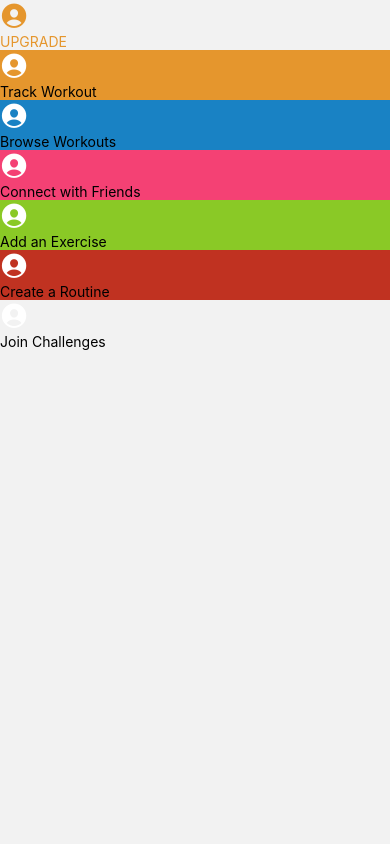
Repository: katjalmarko/React-Native-Fitness-App-with-Subscription
Screen: /
An editor plug-in stored every save of this project. The screen is shown before and after the next save, followed by the edit.
Pictures or frames that could not be fetched are drawn as grey boxes. The app was drawn by React Native's web renderer in a window 390 px wide. The project was rebuilt for these pictures with package versions that can differ from the ones it lists, and the page was loaded fresh each time.

Above is the screen before, as saved 2023-05-08 18:01:32.

### App.tsx
import { StatusBar } from 'expo-status-bar';
import { SafeAreaView, Text } from 'react-native';
import { NavigationContainer } from '@react-navigation/native';
import { createNativeStackNavigator } from '@react-navigation/native-stack';
import HomeScreen from './screens/HomeScreen';

const Stack = createNativeStackNavigator();

export default function App() {
  return (
    <NavigationContainer>
      <Stack.Navigator>
        <Stack.Screen
        options={{
          headerShown: false
        }}
        name="Home" component={HomeScreen} />
      </Stack.Navigator>
    </NavigationContainer>
  );
}

### screens/HomeScreen.tsx
import { Text, SafeAreaView, Image, TouchableOpacity, ScrollView } from 'react-native'
import { Ionicons } from '@expo/vector-icons';
import ActionRow from '../components/ActionRow';

const HomeScreen = () => {
  return (
    <SafeAreaView className='flex-1 bg-gray-100 relative'>
      {/* Scroll Zatiaľ nefunguje pre Android */}
      <ScrollView>
        {/* PRO/UPGRADE Button */}
        <TouchableOpacity className='absolute z-50 top-5 right-10 items-center'>
          <Ionicons name="person-circle" size={30} color="#E5962D" />
          <Text className='text-center' style={{color:"#E5962D"}}>UPGRADE</Text>
        </TouchableOpacity>

        <Image
          source={{ uri: "https://i.imgur.com/e14NE49.png" }}
          className='w-full h-64'
        />

        {/* ActionRow */}
        <ActionRow
          title="Track Workout"
          screen="Demo"
          color="#E5962D"
          icon="fitness"
          vertical
        />
        <ActionRow
          title="Browse Workouts"
          screen="Demo"
          color="#1982C4"
          icon="library"
          vertical
        />
        <ActionRow
          title="Connect with Friends"
          screen="Demo"
          color="#F44174"
          icon="share-social"
          vertical
        />
        <ActionRow
          title="Add an Exercise"
          screen="Demo"
          color="#8AC926"
          icon="add-circle"
          vertical
        />
        <ActionRow
          title="Create a Routine"
          screen="Demo"
          color="#C03221"
          icon="md-time"
          vertical
        />
        <ActionRow
          title="Join Challenges"
          screen="Demo"
          color="#23967"
          icon="library"
          vertical
        />

        {/* ActionRow */}
        {/* ActionRow */}
        {/* ActionRow */}
        {/* ActionRow */}

      </ScrollView>
    </SafeAreaView>
  )
}

export default HomeScreen

### components/ActionRow.tsx
import { TouchableOpacity, Text } from 'react-native'
import { Ionicons } from '@expo/vector-icons';

type Props = {
  title: string;
  screen: any;
  color: string;
  requiresPro?: boolean;
  icon?: any;
  vertical?: boolean;
};

const ActionRow = ({ title, screen, color, requiresPro, icon, vertical }: Props) => {
  return (
    <TouchableOpacity className='' style={{ backgroundColor: color }}>
      <Ionicons name="person-circle" size={30} color="white" />
      <Text>{title}</Text>
    </TouchableOpacity>
  )
}

export default ActionRow

After the next save:
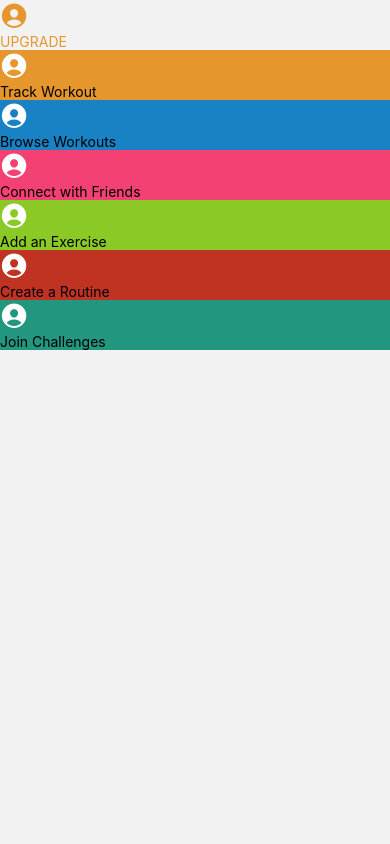
Saved 4 s later.
--- a/screens/HomeScreen.tsx
+++ b/screens/HomeScreen.tsx
@@ -57,7 +57,7 @@ const HomeScreen = () => {
         <ActionRow
           title="Join Challenges"
           screen="Demo"
-          color="#23967"
+          color="#23967F"
           icon="library"
           vertical
         />
